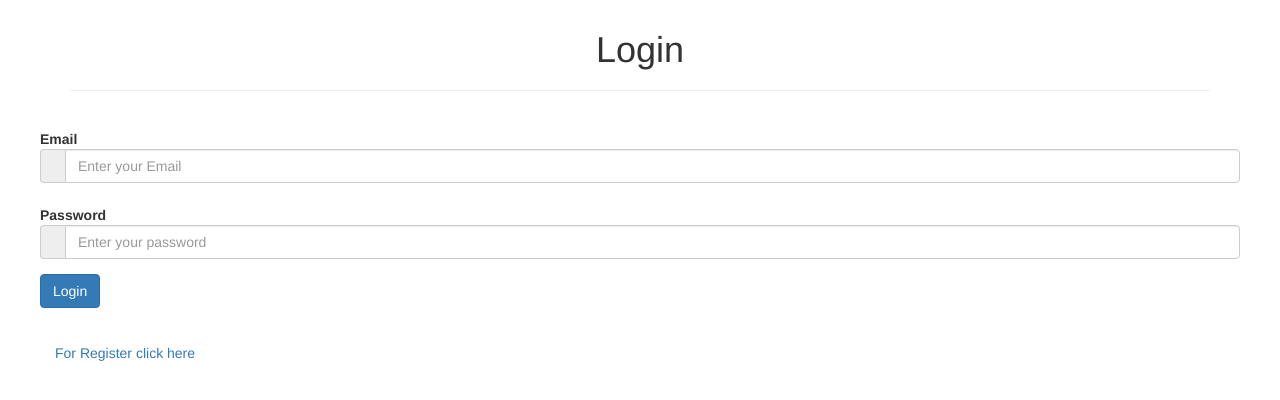
Repository: kakadiyahardik/Enterprice-Computing
Page: http://localhost/InventoryManage/user/login.jsp
The author's editor kept a copy of each file at every save. The page is drawn from the files as they stood at one save, then again after the next save.
The browser window is 1280 px wide. The pictures show the whole page.
Some web libraries are served in a nearby version. The page is served by Tomcat 9. Other server files are loaded and not shown.

Above is the page before, as saved 2017-04-08 11:31:00.

### InventoryManage/WebContent/user/login.jsp
<%@ page language="java" contentType="text/html; charset=ISO-8859-1"
    pageEncoding="ISO-8859-1" import="java.util.ArrayList, model.Category,dao.*"%>

<!DOCTYPE html PUBLIC "-//W3C//DTD HTML 4.01 Transitional//EN" "http://www.w3.org/TR/html4/loose.dtd">
<html>
<head>
<meta http-equiv="Content-Type" content="text/html; charset=ISO-8859-1">
<title>login</title>
<meta charset="utf-8">
		  <meta name="viewport" content="width=device-width, initial-scale=1">
		  <link rel="stylesheet" href="https://maxcdn.bootstrapcdn.com/bootstrap/3.3.7/css/bootstrap.min.css">
		  <script src="https://ajax.googleapis.com/ajax/libs/jquery/3.2.0/jquery.min.js"></script>
		  <script src="https://maxcdn.bootstrapcdn.com/bootstrap/3.3.7/js/bootstrap.min.js"></script>

    </head>
    <body>


	<body>
		<div class="container">
			<div class="row main">
				<div class="panel-heading">
	               <div class="panel-title text-center">
	               		<h1 class="title">Login</h1>
	               		<hr />
	               	</div>
	            </div>
				<div class="main-login main-center">
					<form class="form-horizontal" method="post" action="#">

						<div class="form-group">
							<label for="name" class="cols-sm-2 control-label">Email</label>
							<div class="cols-sm-10">
								<div class="input-group">
									<span class="input-group-addon"><i class="fa fa-user fa" aria-hidden="true"></i></span>
									<input type="text" class="form-control" name="email" id="name"  placeholder="Enter your Email"/>
								</div>
							</div>
						</div>

						<div class="form-group">
							<label for="email" class="cols-sm-2 control-label">Password</label>
							<div class="cols-sm-10">
								<div class="input-group">
									<span class="input-group-addon"><i class="fa fa-envelope fa" aria-hidden="true"></i></span>
									<input type="text" class="form-control" name="password" placeholder="Enter your password"/>
								</div>
							</div>
						</div>

						<div class="form-group">
							<input type="hidden" name="action" value="userlogin"/>
							<button type="submit" class="btn btn-primary">Login</button>
						</div>
						<br>
						<div class="login-register">
				            <a href="user/registration.jsp">For Register click here</a>
				         </div>
					</form>
				</div>
			</div>
		</div>

</body>
</html>

After the next save:
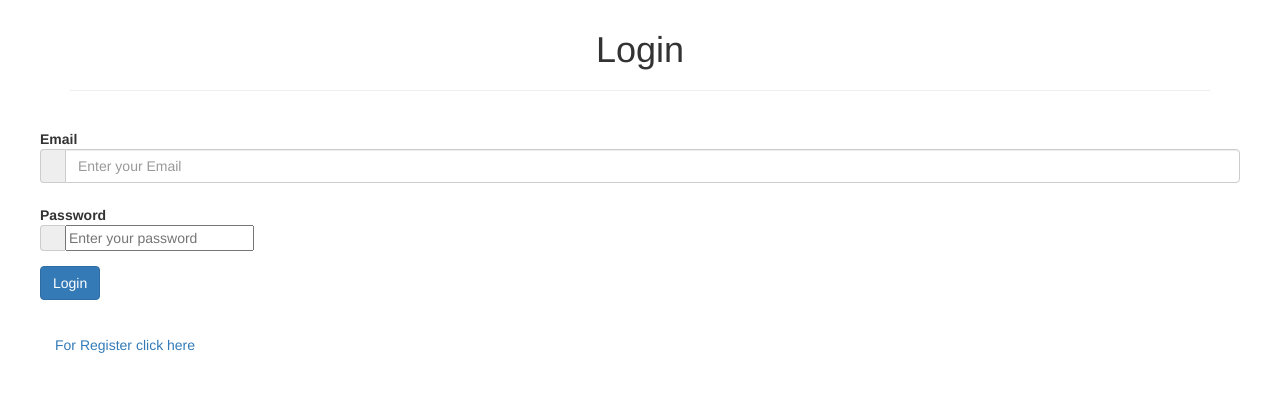
Saved 84 s later.
--- a/InventoryManage/WebContent/user/login.jsp
+++ b/InventoryManage/WebContent/user/login.jsp
@@ -43,7 +43,7 @@
 							<div class="cols-sm-10">
 								<div class="input-group">
 									<span class="input-group-addon"><i class="fa fa-envelope fa" aria-hidden="true"></i></span>
-									<input type="text" class="form-control" name="password" placeholder="Enter your password"/>
+									<input type="text"  name="password" placeholder="Enter your password"/>
 								</div>
 							</div>
 						</div>

After the save that followed:
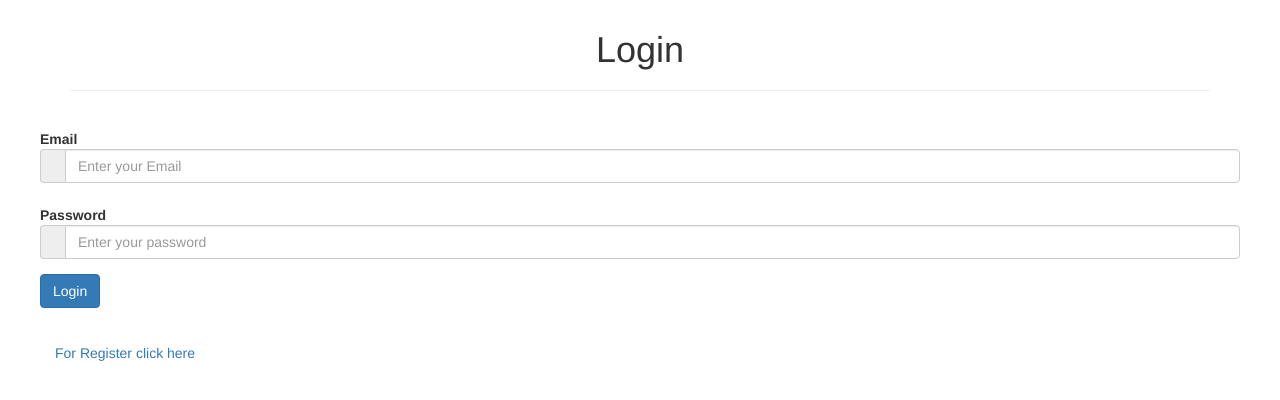
Saved 14 s later.
--- a/InventoryManage/WebContent/user/login.jsp
+++ b/InventoryManage/WebContent/user/login.jsp
@@ -43,7 +43,7 @@
 							<div class="cols-sm-10">
 								<div class="input-group">
 									<span class="input-group-addon"><i class="fa fa-envelope fa" aria-hidden="true"></i></span>
-									<input type="text"  name="password" placeholder="Enter your password"/>
+									<input type="text" class="form-control" name="password" placeholder="Enter your password"/>
 								</div>
 							</div>
 						</div>
